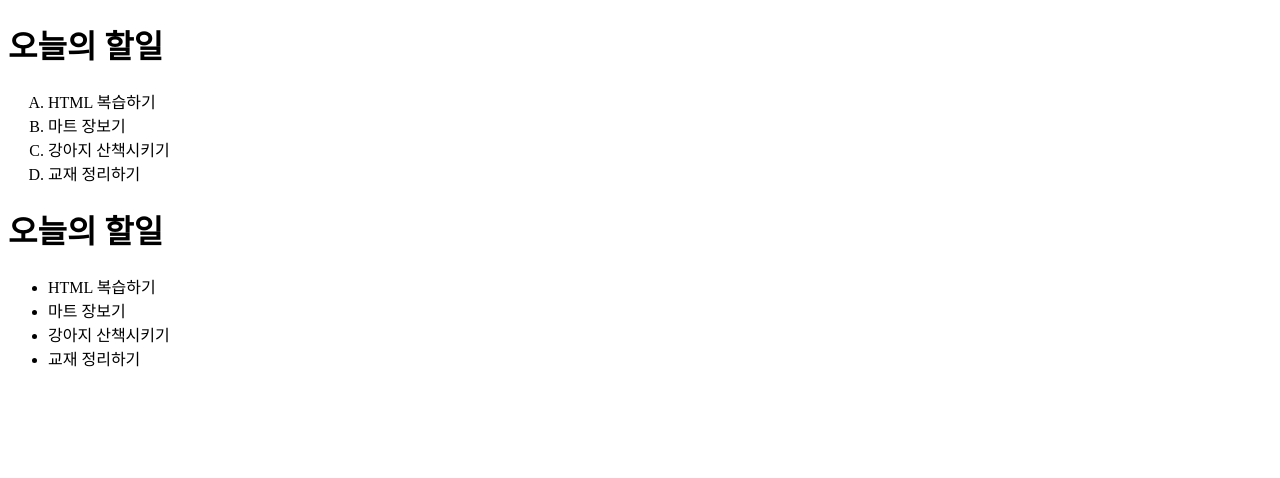
Repository: JeongWoo-Jang/Edu-Backup
Page: 5. HTML & CSS & JS/ClientTest/WebContent/ex10_list.html
These files come from the project's save history. The page is drawn as it stood at one moment and after the next save; the edit follows.
The browser window is 1280 px wide. The pictures show the whole page.

Above is the page before, as saved 2020-06-19 01:23:40.

After the next save:
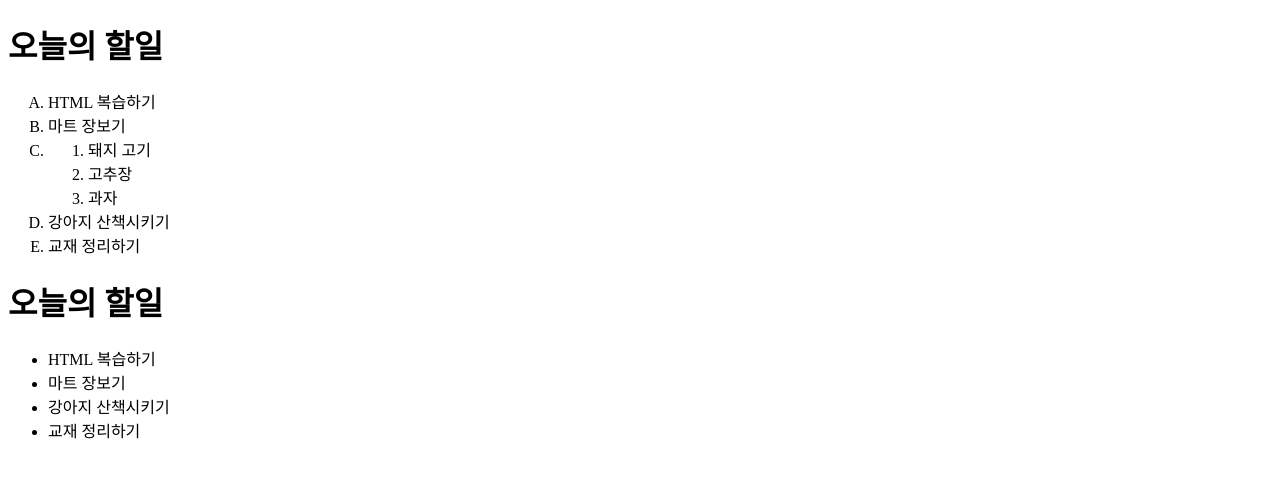
Saved 43 s later.
--- a/5. HTML & CSS & JS/ClientTest/WebContent/ex10_list.html
+++ b/5. HTML & CSS & JS/ClientTest/WebContent/ex10_list.html
@@ -27,6 +27,13 @@
 	 <ol type="A">
 	 	<li>HTML 복습하기</li>
 	 	<li>마트 장보기</li>
+	 	<li>
+	 		<ol>
+	 			<li>돼지 고기</li>
+	 			<li>고추장</li>
+	 			<li>과자</li>
+	 		</ol>
+	 	</li>
 	 	<li>강아지 산책시키기</li>
 	 	<li>교재 정리하기</li>
 	 </ol>
